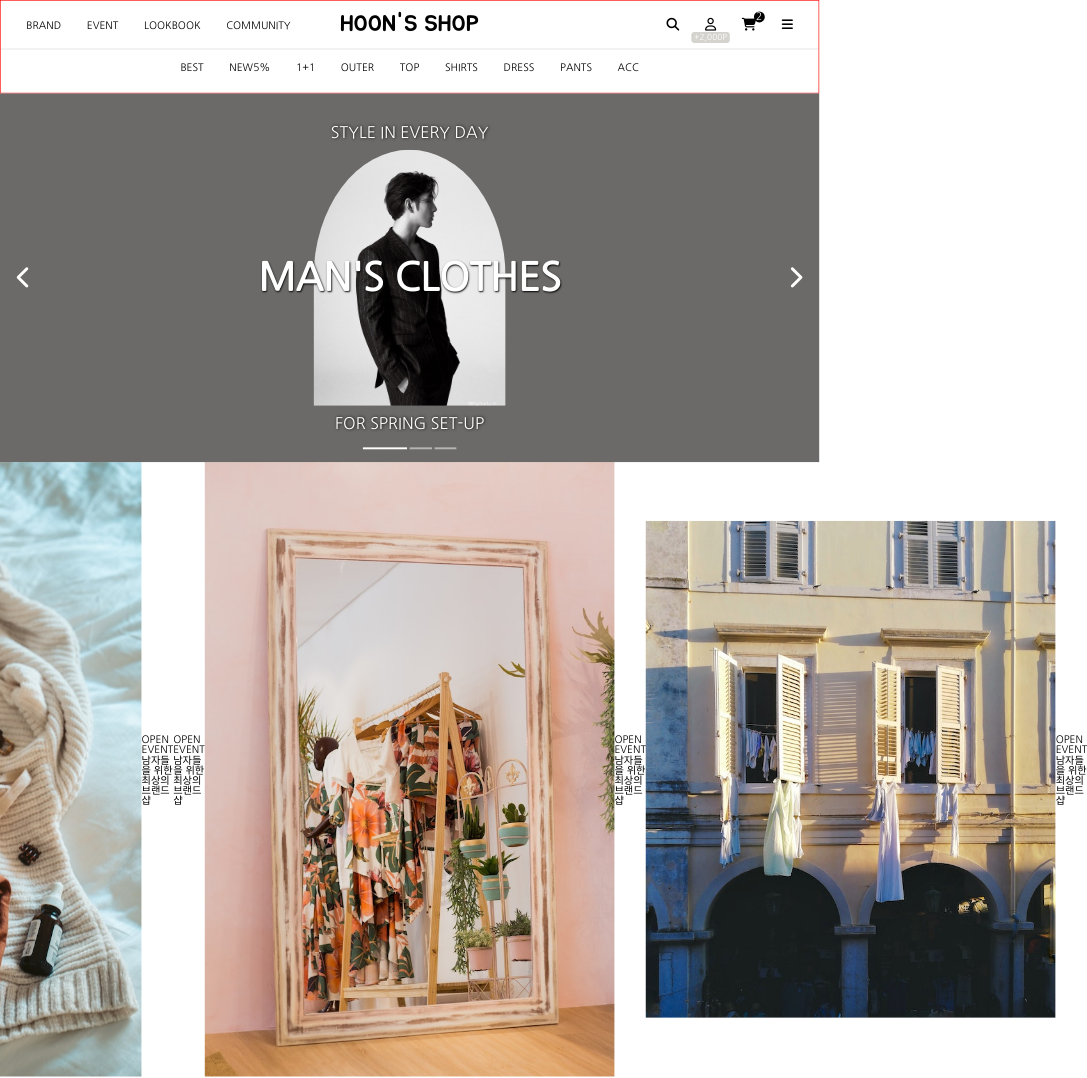
Repository: Iimchaehoon/cafeProject
Page: src/index.html
An editor plug-in stored every save of this project. The page is shown before and after the next save, followed by the edit.
The browser window is 1280 px wide. The page is 1699 px wide, then 1515 px, so the pictures cover 1699 px, including what lies to the right of the window. The pictures show the whole page, at 64% of full size.
Some web fonts or font styles are not loaded; a fallback is used. Some web libraries are served in a nearby version.

Above is the page before, as saved 2024-07-23 23:27:07.

### src/index.html
<!DOCTYPE html>
<html lang="en">
  <head>
    <meta charset="UTF-8" />
    <meta name="viewport" content="width=device-width, initial-scale=1.0" />
    <link rel="shortcut icon" href="/assets/cafefav.png" type="image/x-icon" />
    <link rel="stylesheet" href="/src/css/style.css" />
    <title>cafe24_clone</title>
    <script
      src="https://kit.fontawesome.com/1e606f2a97.js"
      crossorigin="anonymous"
    ></script>
  </head>
  <body>
    <!--header-->
    <header class="header">
      <div class="header__top">
        <nav class="header__nav-box">
          <ul class="header__list-box">
            <li class="header__content">BRAND</li>
            <li class="header__content">EVENT</li>
            <li class="header__content">LOOKBOOK</li>
            <li class="header__content">COMMUNITY</li>
          </ul>
        </nav>
        <h1 class="header__title">HOON'S SHOP</h1>
        <ul class="header__menu">
          <li class="header__content">
            <i class="fa-solid fa-magnifying-glass fa-lg"></i>
          </li>
          <li class="header__content header__content--badge-price">
            <div class="header__price-badge"><span>+2,000P</span></div>
            <i class="fa-regular fa-user fa-lg"></i>
          </li>
          <li class="header__content header__content--badge-box">
            <div class="header__cart-badge"><span>2</span></div>
            <i class="fa-solid fa-cart-shopping fa-lg"></i>
          </li>
          <li class="header__content">
            <i class="fa-solid fa-bars fa-lg"></i>
          </li>
        </ul>
      </div>

      <div class="header__bottom">
        <ul class="header__category">
          <li class="header__content">BEST</li>
          <li class="header__content">NEW5%</li>
          <li class="header__content">1+1</li>
          <li class="header__content">OUTER</li>
          <li class="header__content">TOP</li>
          <li class="header__content">SHIRTS</li>
          <li class="header__content">DRESS</li>
          <li class="header__content">PANTS</li>
          <li class="header__content">ACC</li>
        </ul>
      </div>
    </header>
    <!-- main  -->
    <main class="main">
      <section class="main__slider">
        <h2 class="main__slider-title">MAN'S CLOTHES</h2>
        <span class="main__slider-btn"
          ><i class="fa-solid fa-chevron-left fa-xl"></i
        ></span>

        <div class="main__slider-container">
          <span class="main__slider-text">STYLE IN EVERY DAY</span>
          <div class="main__slider-image-container">
            <img
              class="main__slider-image"
              src="/assets/main-slider.jpg"
              alt="main-slider_img"
            />
          </div>
          <span class="main__slider-text">FOR SPRING SET-UP</span>
        </div>

        <span class="main__slider-btn"
          ><i class="fa-solid fa-chevron-right fa-xl"></i
        ></span>
        <div class="main__progress-bar">
          <div
            class="main__progress-bar-item main__progress-bar-item--visible"
          ></div>
          <div
            class="main__progress-bar-item main__progress-bar-item--invisible"
          ></div>
          <div
            class="main__progress-bar-item main__progress-bar-item--invisible"
          ></div>
        </div>
      </section>
    </main>
    <!-- section -->
    <section class="main__introduction">
      <div class="main__intro-container-img">
        <img class="main__intro-image" src="/assets/intro-01.jpg" alt="" />
      </div>
      <div class="main__intro-text-container">
        <h class="main__intro-title">OPEN EVENT</h>
        <span class="main__intro-description"
          >남자들을 위한 최상의 브랜드샵</span
        >
      </div>

      <div class="main__intro-container">
        <div class="main__intro-text-container">
          <h class="main__intro-title">OPEN EVENT</h>
          <span class="main__intro-description"
            >남자들을 위한 최상의 브랜드샵</span
          >
        </div>
      </div>
      <div class="main__intro-container-img">
        <img class="main__intro-image" src="/assets/intro-02.jpg" alt="" />
      </div>
      <div class="main__intro-text-container">
        <h class="main__intro-title">OPEN EVENT</h>
        <span class="main__intro-description"
          >남자들을 위한 최상의 브랜드샵</span
        >
      </div>
      <div class="main__intro-container-img">
        <img class="main__intro-image" src="/assets/intro-03.jpg" alt="" />
      </div>
      <div class="main__intro-text-container">
        <h class="main__intro-title">OPEN EVENT</h>
        <span class="main__intro-description"
          >남자들을 위한 최상의 브랜드샵</span
        >
      </div>
    </section>
  </body>
</html>

### src/css/style.css
@import "reset.css";
@import "components/header.css";
@import url("https://fonts.googleapis.com/css2?family=Cute+Font&family=Jua&display=swap");
@import url("https://fonts.googleapis.com/css2?family=Nanum+Gothic&family=Noto+Sans+KR:wght@100..900&display=swap");
@import url("./slider.css");
@import "intro.css";
body {
  font-family: "Nanum Gothic", sans-serif;
  margin: 0;
  padding: 0;
  box-sizing: border-box;
}
ul {
  margin: 0;
}

### src/css/components/header.css
.header {
  height: 20vh;
  border: 1px solid red;
}
.header__top {
  display: flex;
  justify-content: space-between;
  padding: 20px;
  border-bottom: 1px solid rgba(0, 0, 0, 0.2);
}
.header__nav-box {
  width: 33%;
}
.header__title {
  width: 33%;
  font-family: "Jua", sans-serif;

  font-size: 35px;
  font-weight: 500;
  text-align: center;
}

.header__list-box {
  display: flex;

  height: 100%;
  align-items: center;
}
.header__menu {
  display: flex;
  align-items: center;
  justify-content: flex-end;

  width: 33%;
}
.header__content {
  margin: 0 20px;
}
/* 아래헤더 */
.header__category {
  display: flex;
  justify-content: center;
  padding: 20px 0;
}
.header__cart-badge {
  background-color: black;
  display: flex;
  justify-content: center;
  align-items: center;
  border-radius: 100%;
  width: 13px;
  height: 13px;
  padding: 2px;
  position: absolute;
  top: -13px;
  right: -13px;
}
.header__content--badge-box {
  position: relative;
}
.header__cart-badge span {
  color: white;
}
.header__content--badge-price {
  position: relative;
}
.header__price-badge {
  background-color: #d5d3cd;
  color: white;
  display: flex;
  justify-content: center;
  align-items: center;
  font-size: 13px;
  border-radius: 5px;
  padding: 2px 4px;
  position: absolute;
  left: 50%;
  transform: translateX(-50%);
  bottom: -20px;
}

### src/css/slider.css
.main__slider {
  display: flex;
  justify-content: space-between;
  align-items: center;
  padding: 30px;
  background-color: #6b6a68;
  position: relative;
  height: 80vh;
  box-sizing: border-box;
}

.main__slider-btn {
  transform: scale(1.5);
  color: white;
}

.main__slider-text {
  color: white;
  font-size: 25px;
  text-shadow: 1px 1px 5px black;
}

.main__slider-container {
  display: flex;
  flex-direction: column;
  align-items: center;
}
.main__slider-image-container {
  width: 300px;
  height: 400px;

  border-top-left-radius: 50%;
  border-top-right-radius: 50%;

  overflow: hidden;
  margin: 15px 0;
}
.main__slider-image {
  width: 100%;
  height: 100%;
  object-fit: cover;
}
.main__slider-title {
  color: white;
  font-weight: 600;
  font-size: 60px;
  text-shadow: 1px 1px 3px black;
  position: absolute;
  top: 50%;
  left: 50%;
  transform: translate(-50%, -50%);
}
.main__progress-bar {
  width: 150px;
  height: 3px;

  position: absolute;
  bottom: 20px;
  left: 50%;
  transform: translateX(-50%);
  display: flex;
}
.main__progress-bar-item {
  height: 100%;
  background-color: white;
  margin: 0 2px;
}
.main__progress-bar-item--visible {
  width: 50%;
}
.main__progress-bar-item--invisible {
  width: 25%;
  opacity: 0.5;
}

### src/css/intro.css
.main__introduction {
  display: flex;
  justify-content: center;
  align-items: center;
}

Loaded but not shown: src/css/reset.css (common file)

After the next save:
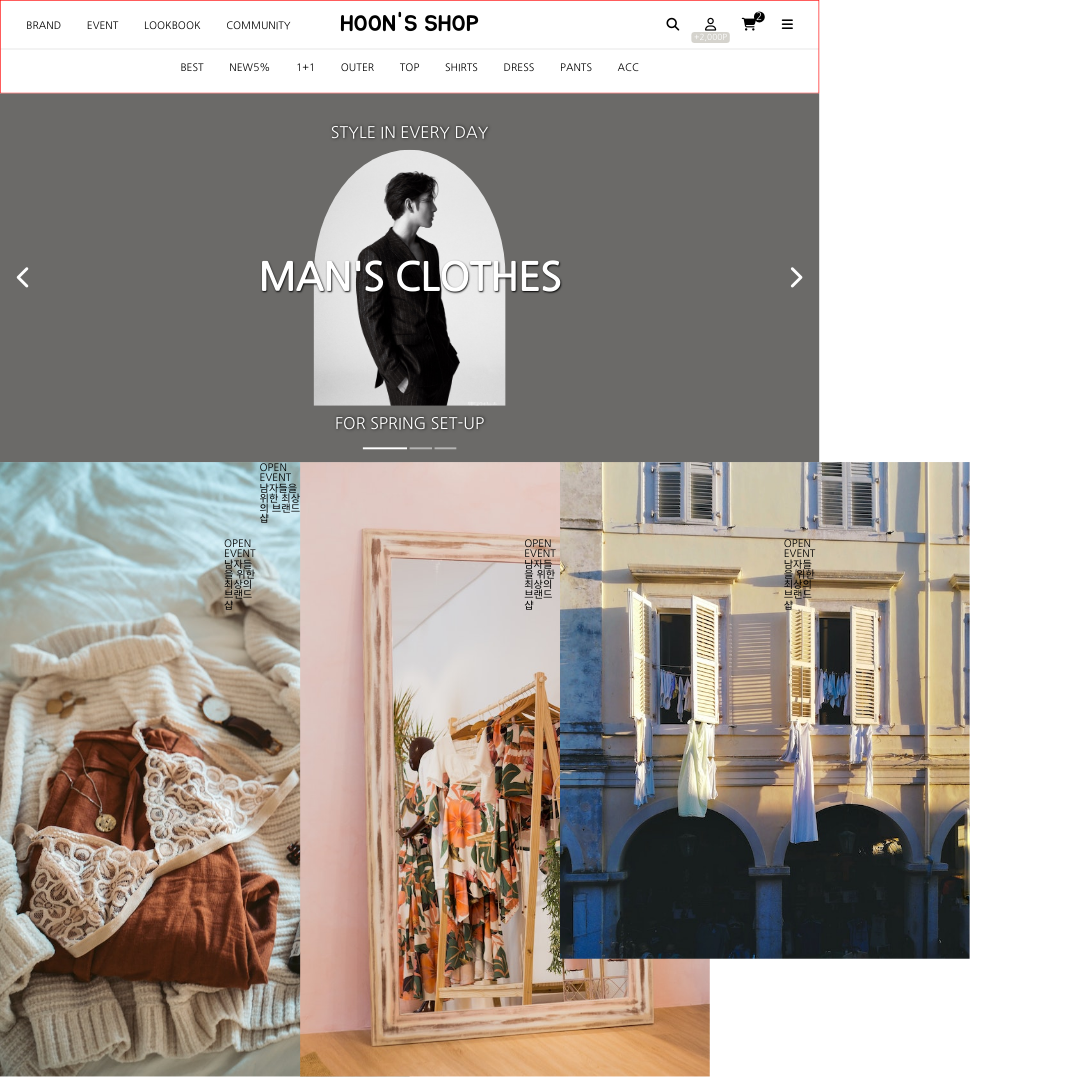
Saved 78 s later.
--- a/src/css/intro.css
+++ b/src/css/intro.css
@@ -3,3 +3,8 @@
   justify-content: center;
   align-items: center;
 }
+.main__intro-container-img,
+.main__intro-container {
+  width: 350px;
+  height: 350px;
+}
